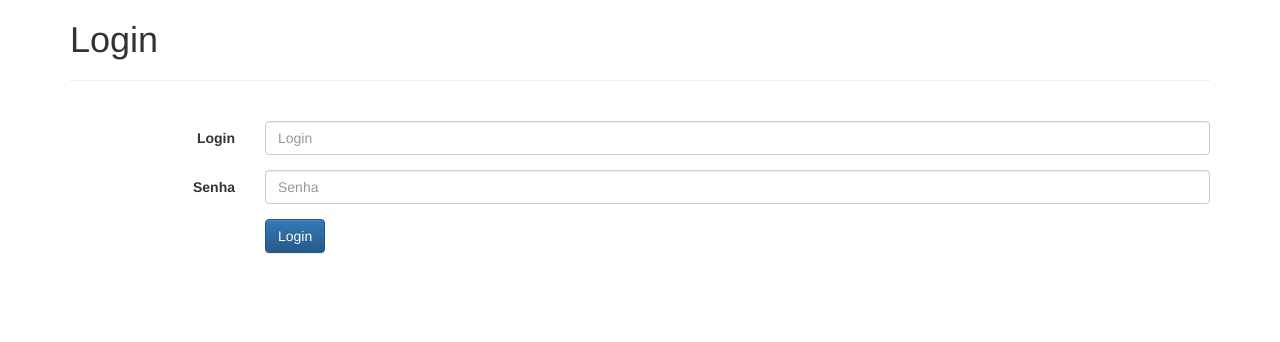
Repository: ProjetoBlocoInfnet/projeto-carnaval
Page: http://localhost/ProjetoCarnaval_Exemplo01/login
An editor plug-in stored every save of this project. The page is shown before and after the next save, followed by the edit.
The browser window is 1280 px wide. The pictures show the whole page.
Some web libraries are served in a nearby version. The page is served by Tomcat 9.

Above is the page before, as saved 2015-05-14 02:04:27.

After the next save:
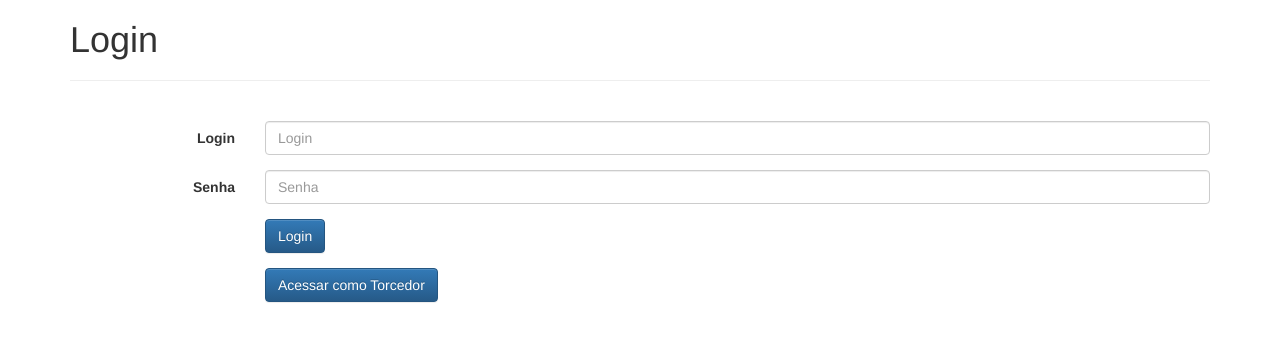
Saved 14 s later.
--- a/ProjetoCarnaval_Exemplo01/WebContent/index.jsp
+++ b/ProjetoCarnaval_Exemplo01/WebContent/index.jsp
@@ -64,7 +64,11 @@
 	</form>
 
 	<form action="ControlaTorcedor" method="post" class="form-horizontal" >
-
+			<div class="form-group">
+		    <div class="col-sm-offset-2 col-sm-10">
+		      <button type="submit" class="btn btn-primary">Acessar como Torcedor</button>
+		    </div>
+		  </div>
 	</form>
 
 
